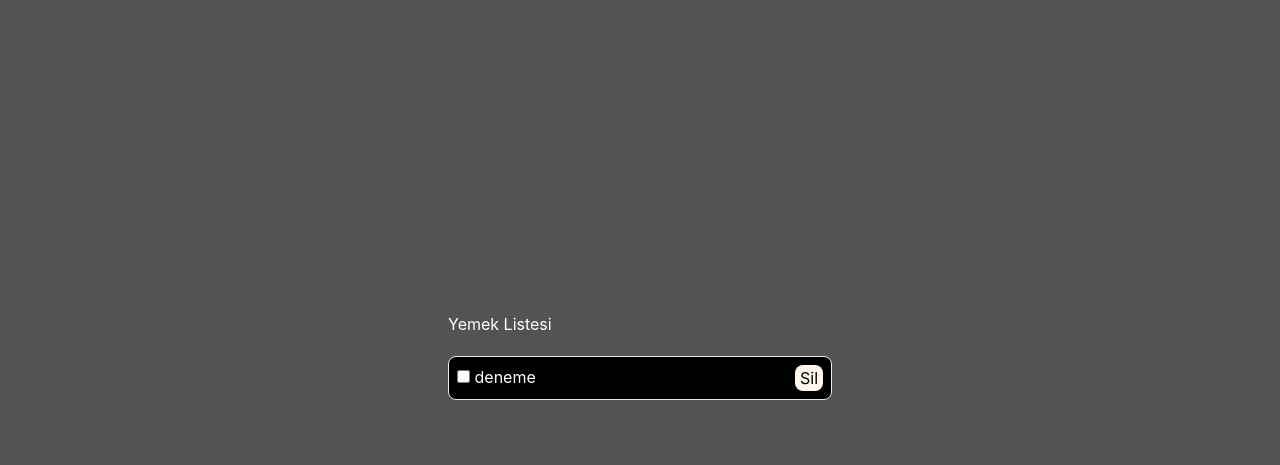
Repository: muratyildiz63/Composition-API-Nedir-todo-list
Page: /
The author's editor kept a copy of each file at every save. The page is drawn from the files as they stood at one save, then again after the next save.
The browser window is 1280 px wide. The pictures show the whole page.
The project was rebuilt for these pictures with package versions that can differ from the ones it lists, and the page was loaded fresh each time. Also part of the build but not shown: vite.config.js.

Above is the page before, as saved 2022-08-15 18:59:07.

After the next save:
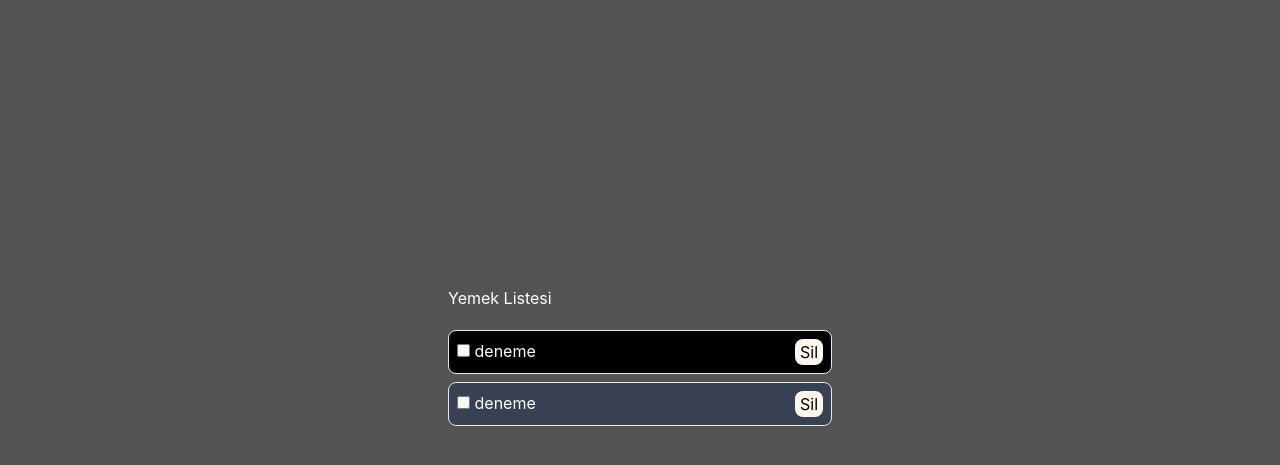
Saved 6 s later.
--- a/src/App.vue
+++ b/src/App.vue
@@ -26,6 +26,29 @@
           </label>
           <button class="bg-orange-50 px-1 text-black">Sil</button>
         </div>
+
+             <div
+          aria-current="true"
+          class="
+            bg-black
+            flex
+            justify-between
+            mb-2
+            px-2
+            py-2
+            border border-gray-200
+            w-full
+            rounded-lg
+            text-white
+            cursor-pointer
+            even:bg-gray-700
+          "
+        >
+          <label for="compluted">
+            <input type="checkbox" name="" id="compluted" /> deneme
+          </label>
+          <button class="bg-orange-50 px-1 text-black">Sil</button>
+        </div>
       </div>
     </div>
   </div>

After the save that followed:
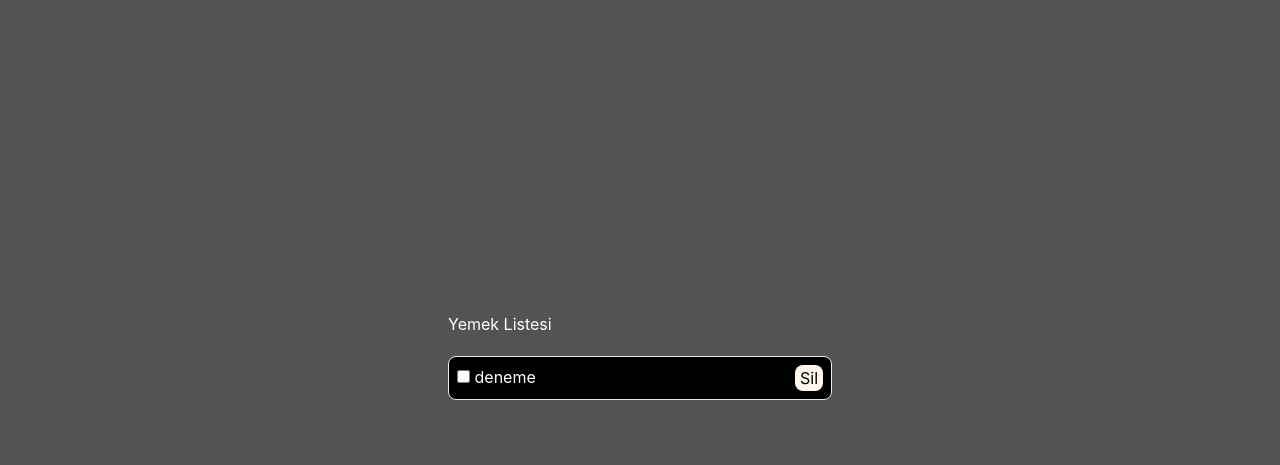
Saved 4 s later.
--- a/src/App.vue
+++ b/src/App.vue
@@ -27,28 +27,7 @@
           <button class="bg-orange-50 px-1 text-black">Sil</button>
         </div>
 
-             <div
-          aria-current="true"
-          class="
-            bg-black
-            flex
-            justify-between
-            mb-2
-            px-2
-            py-2
-            border border-gray-200
-            w-full
-            rounded-lg
-            text-white
-            cursor-pointer
-            even:bg-gray-700
-          "
-        >
-          <label for="compluted">
-            <input type="checkbox" name="" id="compluted" /> deneme
-          </label>
-          <button class="bg-orange-50 px-1 text-black">Sil</button>
-        </div>
+
       </div>
     </div>
   </div>
